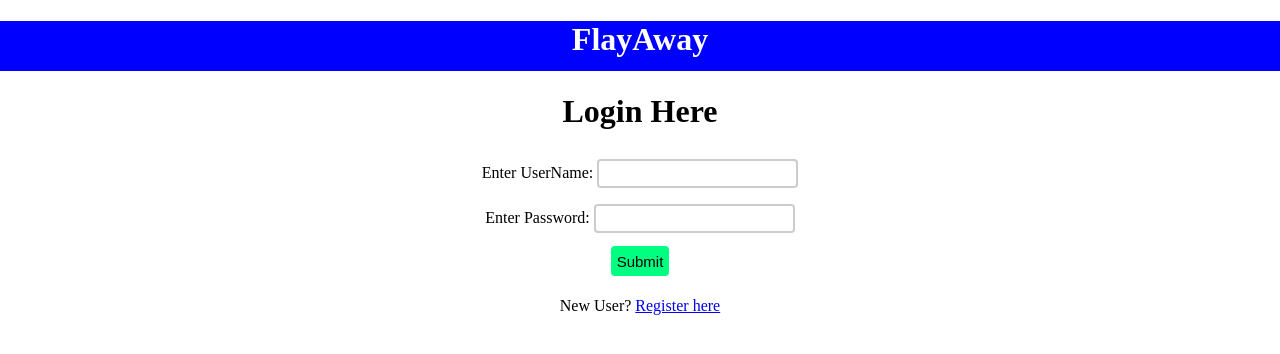
Repository: KartikMuchakandimath/Flyaway
Page: http://localhost/FlayAway/Login.jsp
The author's editor kept a copy of each file at every save. The page is drawn from the files as they stood at one save, then again after the next save.
The browser window is 1280 px wide. The pictures show the whole page.
The page is served by Tomcat 9. Other server files are loaded and not shown.

Above is the page before, as saved 2022-04-22 20:05:42.

### FlayAway/src/main/webapp/Login.jsp
<%@ page language="java" contentType="text/html; charset=ISO-8859-1"
    pageEncoding="ISO-8859-1"%>
<!DOCTYPE html>
<html>
<head>
<meta charset="ISO-8859-1">
<title>Insert title here</title>
<style>
body{
margin : 0;
padding : 0;
}
.head{
background-color : #0000FF;
color : #fff;
height : 50px;
}
h1{
font-family : "Times New Roman", Times, serif;
}
.login-box{
	margin-top : 40px;
	width : 500px;
	color: #000080;
	border : 1px solid #ccc;
	box-shadow : 0 8px 12px 0px rgba(0,0,0,0.3);
	positive : absolute;
}
input{
  	padding: 5px 10px;
  	margin: 8px 0;
  	display: inline-block;
  	border: 2px solid #ccc;
  	border-radius: 4px;
  	box-sizing: border-box;
}
button{
  	border-radius: 4px;
	border:none;
	height: 30px;
	display : inline-block;
	font-size : 15px;
	background-color: rgb(0, 255, 128);
	margin : 5px;
}

</style>
</head>
<body>
<center>
<div class="head">
<h1>FlayAway</h1>
</div>
<%
	String flightn = request.getParameter("flightno");
        session.setAttribute("flightno", flightn);
	%>
<div class ="Login-box">

<h1>Login Here</h1>

</div>
<form action="LoginServlet" method="post">
Enter UserName: <input type=" email"  name="email" required="required"><br>
Enter Password: <input type=" password"  name="password" required="required"><br>
<button type="submit">Submit</button>
<p>

			New User? <a href="Registration.jsp?flightno=<% session.setAttribute("flightno",flightn);%>">Register here</a>
			</p>
</form>

</div>
</center>

</body>
</html>

After the next save:
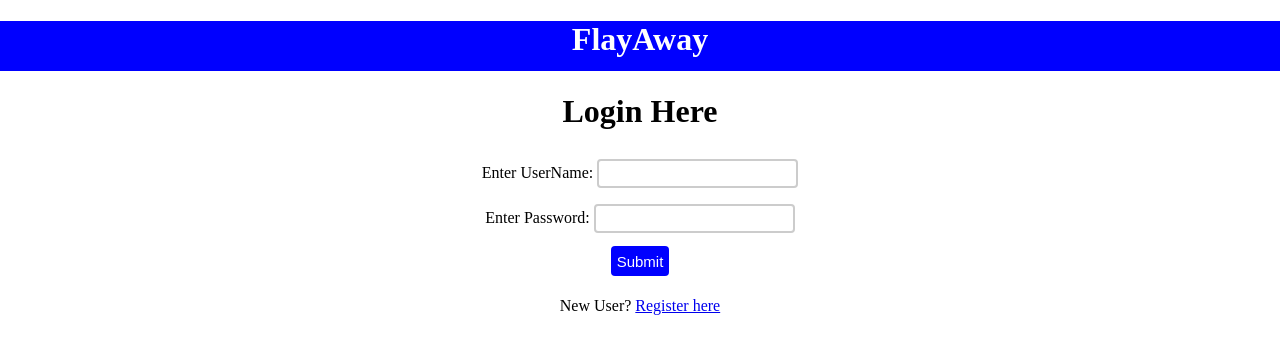
Saved 50 s later.
--- a/FlayAway/src/main/webapp/Login.jsp
+++ b/FlayAway/src/main/webapp/Login.jsp
@@ -40,7 +40,8 @@ button{
 	height: 30px;
 	display : inline-block;
 	font-size : 15px;
-	background-color: rgb(0, 255, 128);
+	color:#fff;
+	background-color: rgb(0,0, 255);
 	margin : 5px;
 }
 
